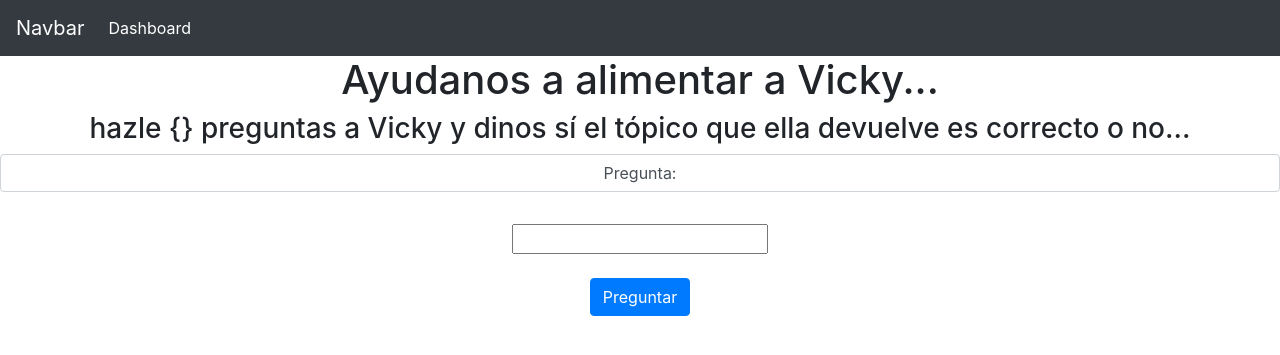
Repository: Crixtiancub/feedback_Vicky
Page: vicky/templates/dashboard.html
The author's editor kept a copy of each file at every save. The page is drawn from the files as they stood at one save, then again after the next save.
The browser window is 1280 px wide. The pictures show the whole page.
The page is served by the project's application, run on Django 3.2 (manage.py). Other server files are loaded and not shown. The template is opened directly, without the code that normally fills it, so the values that code supplies are empty.

Above is the page before, as saved 2021-04-29 08:51:52.

### vicky/templates/dashboard.html
{% extends 'main.html' %}

{% block content %}

<center>
    <h1>Ayudanos a alimentar a Vicky...</h1>

    <h3>hazle {} preguntas a Vicky y dinos sí el tópico que ella
        devuelve es correcto o no...</h3>

    <form action="{% url 'home' %}">
        {% csrf_token%}
        <label for="txt_pregunta_Vicky" class="form-control" aria-placeholder="preguntale a Vicky...">Pregunta:</label><br>
        <input type="text" id="txt_pregunta_Vicky" name="pregunta_Vicky"><br><br>
        <input type="submit" class="btn btn-primary" value="Preguntar">
    </form>

</center>

{% endblock %}

### vicky/templates/main.html
<!DOCTYPE html>
 <!-- Latest compiled and minified CSS -->
 <link rel="stylesheet" href="https://maxcdn.bootstrapcdn.com/bootstrap/4.5.2/css/bootstrap.min.css">

 <!-- jQuery library -->
 <script src="https://ajax.googleapis.com/ajax/libs/jquery/3.5.1/jquery.min.js"></script>

 <!-- Popper JS -->
 <script src="https://cdnjs.cloudflare.com/ajax/libs/popper.js/1.16.0/umd/popper.min.js"></script>

 <!-- Latest compiled JavaScript -->
 <script src="https://maxcdn.bootstrapcdn.com/bootstrap/4.5.2/js/bootstrap.min.js"></script>

<html>
    <head>
        <title>
            Prueba1
        </title>
    </head>
    <body>
        {% include 'navbar.html' %}

        {% block content %}

        {% endblock %}
    </body>
</html>

### vicky/templates/navbar.html
 <nav class="navbar navbar-expand-lg navbar-dark bg-dark">
    <a class="navbar-brand" href="#">Navbar</a>
    <button class="navbar-toggler" type="button" data-toggle="collapse" data-target="#navbarSupportedContent" aria-controls="navbarSupportedContent" aria-expanded="false" aria-label="Toggle navigation">
      <span class="navbar-toggler-icon"></span>
    </button>

    <div class="collapse navbar-collapse" id="navbarSupportedContent">
      <ul class="navbar-nav mr-auto">
        <li class="nav-item active">
          <a class="nav-link" href="{% url 'home' %}">Dashboard</a>
        </li>
        <!-- <li class="nav-item dropdown">
          <a class="nav-link dropdown-toggle" href="#" id="navbarDropdown" role="button" data-toggle="dropdown" aria-haspopup="true" aria-expanded="false">
            Dropdown
          </a>
          <div class="dropdown-menu" aria-labelledby="navbarDropdown">
            <a class="dropdown-item" href="#">Action</a>
            <a class="dropdown-item" href="#">Another action</a>
            <div class="dropdown-divider"></div>
            <a class="dropdown-item" href="#">Something else here</a>
          </div>
        </li>
        <li class="nav-item">
          <a class="nav-link disabled" href="#">Disabled</a>
        </li>
      </ul>
      <form class="form-inline my-2 my-lg-0">
        <input class="form-control mr-sm-2" type="search" placeholder="Search" aria-label="Search">
        <button class="btn btn-outline-success my-2 my-sm-0" type="submit">Search</button>
      </form> -->
    </div>
  </nav>

### prueba_Vicky/urls.py
"""prueba_Vicky URL Configuration

The `urlpatterns` list routes URLs to views. For more information please see:
    https://docs.djangoproject.com/en/3.2/topics/http/urls/
Examples:
Function views
    1. Add an import:  from my_app import views
    2. Add a URL to urlpatterns:  path('', views.home, name='home')
Class-based views
    1. Add an import:  from other_app.views import Home
    2. Add a URL to urlpatterns:  path('', Home.as_view(), name='home')
Including another URLconf
    1. Import the include() function: from django.urls import include, path
    2. Add a URL to urlpatterns:  path('blog/', include('blog.urls'))
"""
from django.contrib import admin
from django.urls import path, include

urlpatterns = [
    path('admin/', admin.site.urls),
    path('', include('vicky.urls'))
]

### vicky/urls.py
from django.urls import path
from . import views
from django.conf.urls import url


# Direccionamiento de las paginas
urlpatterns = [
    path(r'', views.home, name="home"),
]

After the next save:
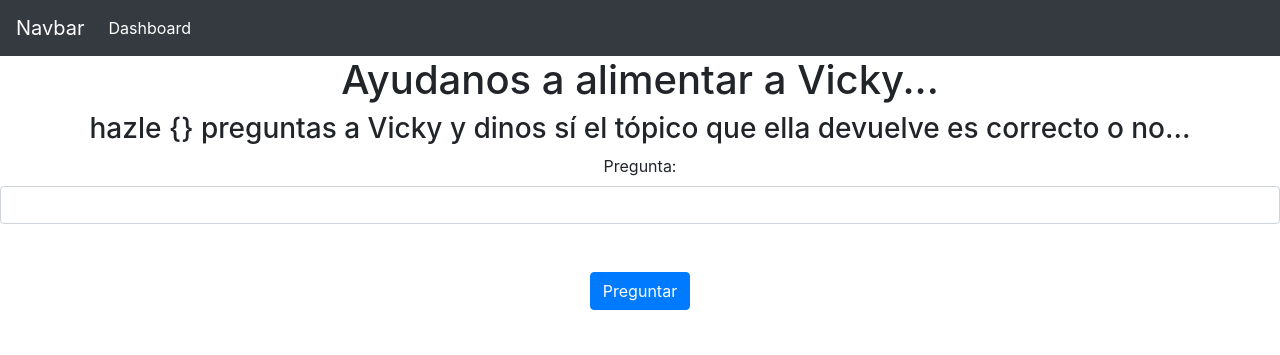
Saved 41 s later.
--- a/vicky/templates/dashboard.html
+++ b/vicky/templates/dashboard.html
@@ -10,8 +10,10 @@
 
     <form action="{% url 'home' %}">
         {% csrf_token%}
-        <label for="txt_pregunta_Vicky" class="form-control" aria-placeholder="preguntale a Vicky...">Pregunta:</label><br>
-        <input type="text" id="txt_pregunta_Vicky" name="pregunta_Vicky"><br><br>
+        <label for="txt_pregunta_Vicky">Pregunta:</label><br>
+        <input type="text" id="txt_pregunta_Vicky"
+        ame="pregunta_Vicky" class="form-control"
+        aria-placeholder="preguntale a Vicky..."><br><br>
         <input type="submit" class="btn btn-primary" value="Preguntar">
     </form>
 
